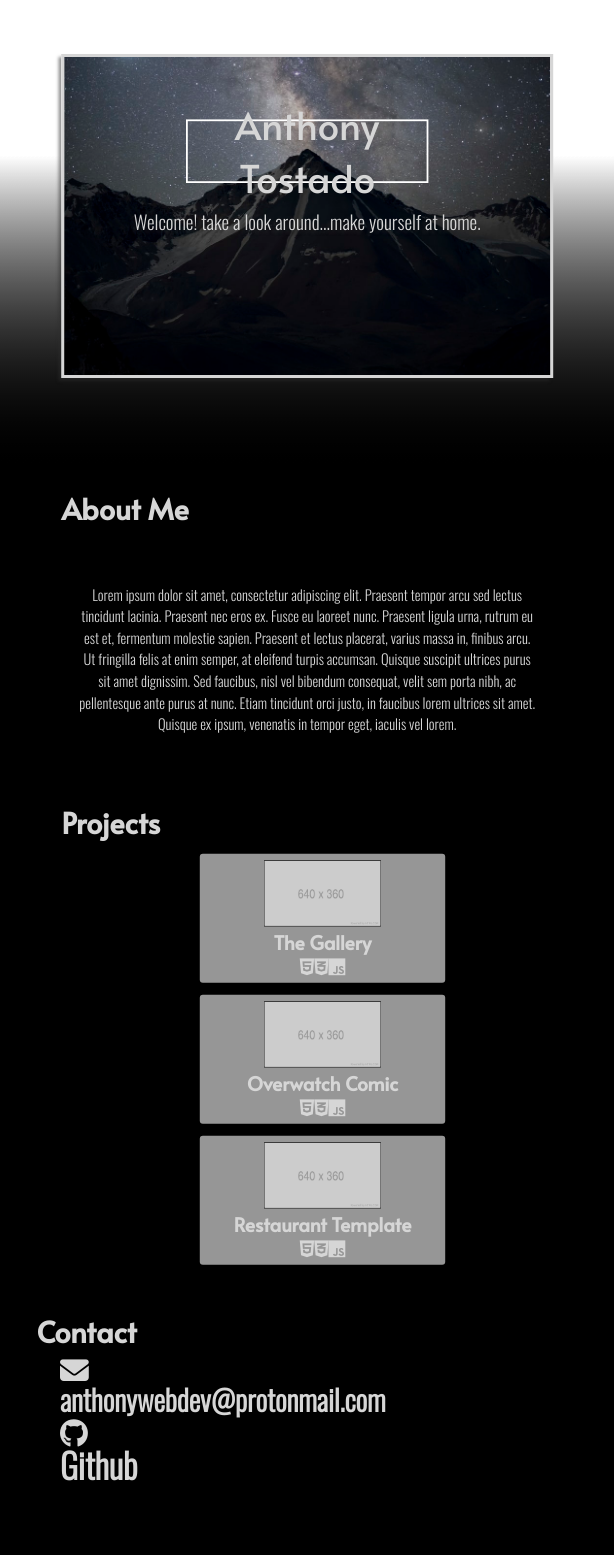
Repository: sloppytony/newport
Page: / (app in portfolio/)
An editor plug-in stored every save of this project. The page is shown before and after the next save, followed by the edit.
The browser window is 1024 px wide. The pictures show the whole page, at 60% of full size.
Some web libraries are served in a nearby version. The project was rebuilt for these pictures with package versions that can differ from the ones it lists, and the page was loaded fresh each time. Also part of the build but not shown: portfolio/src/index.css.

Above is the page before, as saved 2020-08-23 19:38:06.

After the next save:
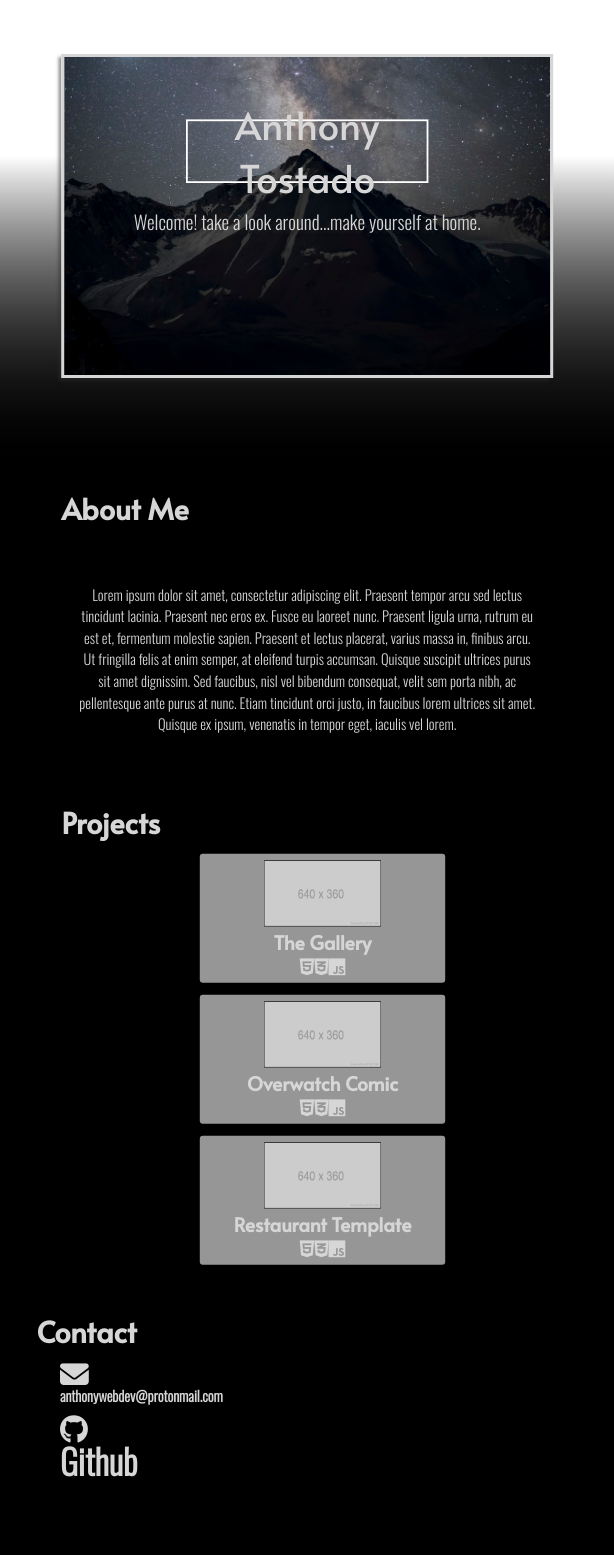
Saved 44 s later.
--- a/portfolio/src/App.css
+++ b/portfolio/src/App.css
@@ -220,6 +220,9 @@ i {
 }
 
 @media only screen and (max-width: 1025px) {
+  .contact1 {
+    font-size: 50%;
+  }
 }
 
 @keyframes fadeIn {
